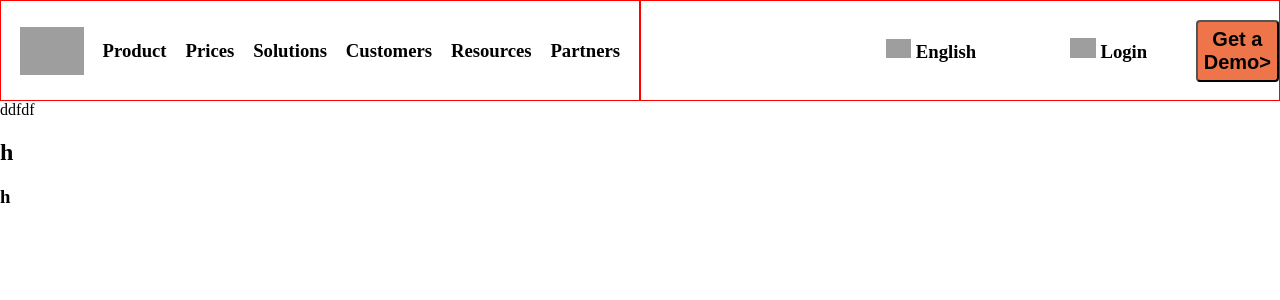
Repository: HANUMAT-SHARAN/Charge-Bee
Page: HTML/navbar.html
The author's editor kept a copy of each file at every save. The page is drawn from the files as they stood at one save, then again after the next save.
The browser window is 1280 px wide. The pictures show the whole page.
Pictures or frames that could not be fetched are drawn as grey boxes.

Above is the page before, as saved 2022-11-08 20:05:06.

After the next save:
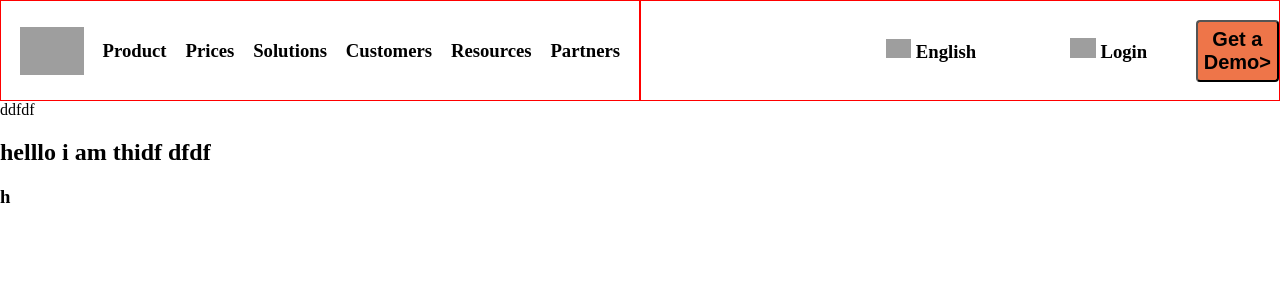
Saved 4 s later.
--- a/HTML/navbar.html
+++ b/HTML/navbar.html
@@ -102,7 +102,7 @@
     </div>
     <div id="one" >
       ddfdf
-      <h2>h</h2>
+      <h2>helllo i am thidf dfdf</h2>
         <h3>h</h3>
     </div>
   </body>
